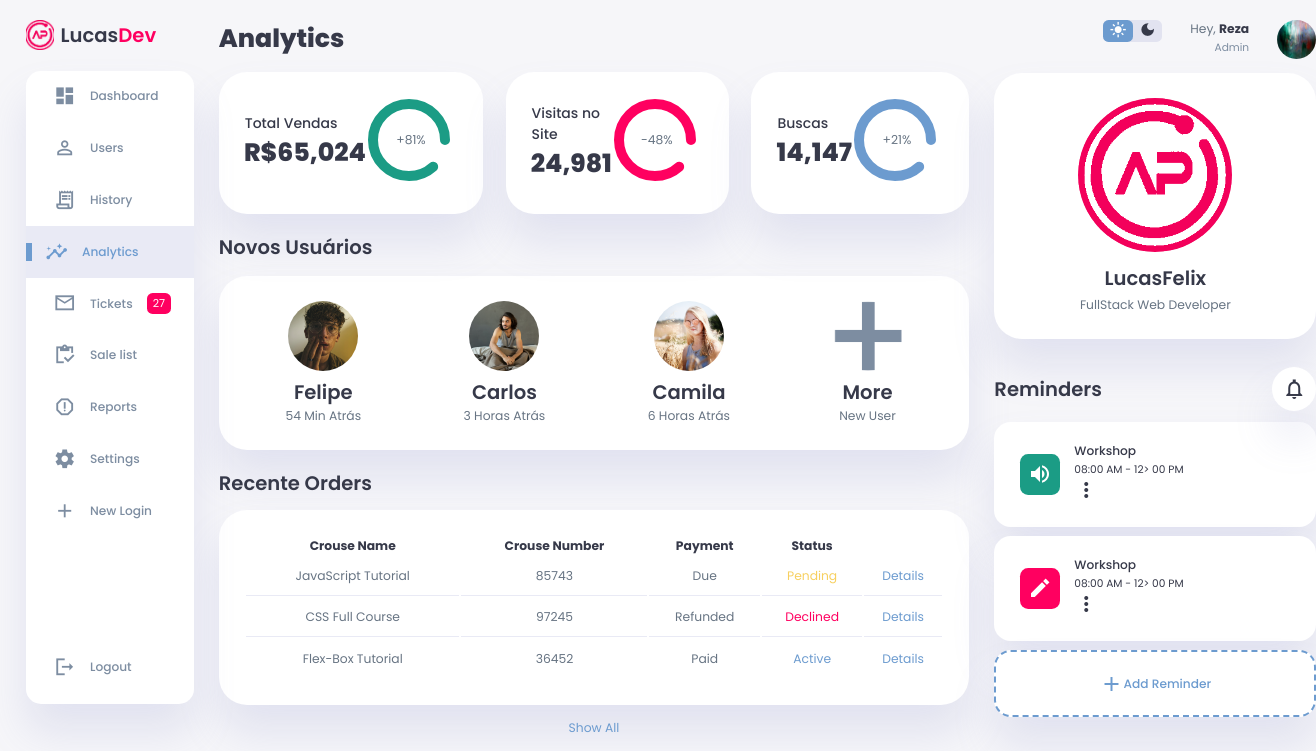
Repository: pheonix5/ProjetosRN-linux
Page: DashBoard/index.html
An editor plug-in stored every save of this project. The page is shown before and after the next save, followed by the edit.
The browser window is 1280 px wide. The page is 1316 px wide, so the pictures cover 1316 px, including what lies to the right of the window. The pictures show the whole page.

Above is the page before, as saved 2023-08-06 04:00:18.

After the next save:
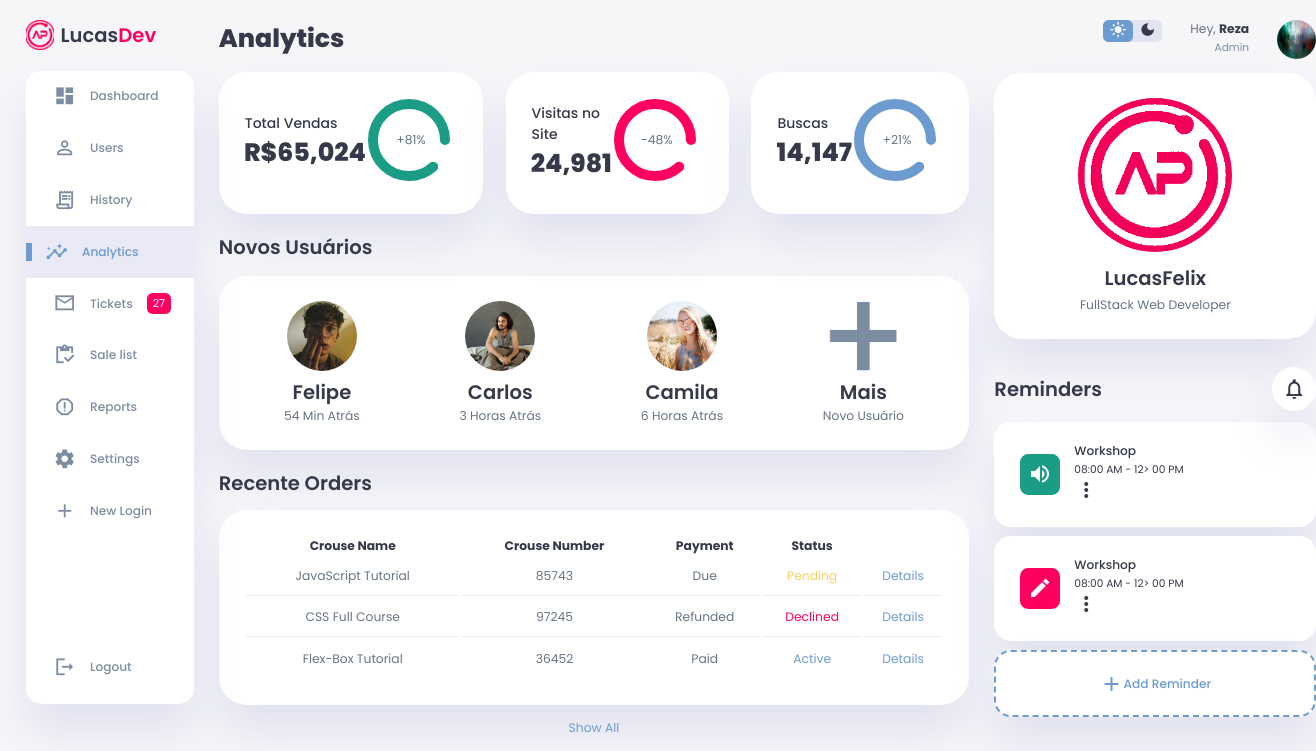
Saved 31 s later.
--- a/DashBoard/index.html
+++ b/DashBoard/index.html
@@ -171,8 +171,8 @@
           </div>
           <div class="user">
             <img src="images/plus.png">
-            <h2>More</h2>
-            <p>New User</p>
+            <h2>Mais</h2>
+            <p>Novo Usuário</p>
           </div>
         </div>
       </div>
